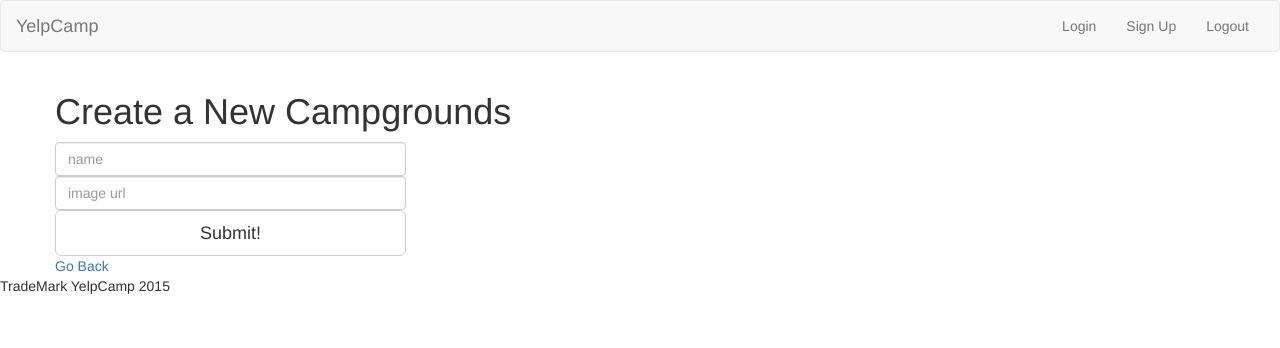
Repository: yyming009/YelpCamp
Page: http://localhost/campgrounds/new
The author's editor kept a record of every edit. The page is drawn from the files as they stood at one moment, then again after the next edit.
The browser window is 1280 px wide. The pictures show the whole page.
The page is served by the project's Node server (YelpCamp/v1/app.js).

Above is the page before.

### YelpCamp/v1/views/news.ejs
<% include partials/header %>

<div class="container">
    <div class="row">
        <h1>Create a New Campgrounds</h1>
        <div style="width: 30%; margin: 0, auto;">
            <form action="/campgrounds" method="POST">
                <input class="form-control" type="text" name="name" placeholder="name">
                <input class="form-control" type="text" name="image" placeholder="image url">
                <button class="btn btn-lg btn-default btn-block">Submit!</button>
            </form>
        </div>
        <a href="/campgrounds">Go Back</a>
    </div>
</div>

<% include partials/footer %>

### YelpCamp/v1/views/partials/header.ejs
<!DOCTYPE html>

<html>
    <head>
        <title>YelpCamp</title>
        <link rel="stylesheet" href="https://maxcdn.bootstrapcdn.com/bootstrap/3.3.7/css/bootstrap.min.css">
    </head>

   <body>

    <nav class="navbar navbar-default">
        <div class="container-fluid">
            <div class="navbar-header">
                <a class="navbar-brand" href="/">YelpCamp</a>
            </div>
            <div class="collapse navbar-collapse">
                <ul class="nav navbar-nav navbar-right">
                    <li><a href="/">Login</a></li>
                    <li><a href="/">Sign Up</a></li>
                    <li><a href="/">Logout</a></li>
                </ul>
            </div>
        </div>
    </nav>

### YelpCamp/v1/views/partials/footer.ejs
    <p>TradeMark YelpCamp 2015</p>
    </body>
</html>

### YelpCamp/v1/app.js
var express = require("express");
var app = express();
var bodyParser = require("body-parser");

app.use(bodyParser.urlencoded({extended:true}));
app.set("view engine", "ejs");

var campgrounds = [
        {name: "Salmon Greek", image: "https://farm2.staticflickr.com/1363/1342367857_2fd12531e7.jpg"},
        {name: "Granite Hill", image: "https://farm3.staticflickr.com/2464/3694344957_14180103ed.jpg"},
        {name: "Mountain Goat's Rest", image: "https://farm8.staticflickr.com/7252/7626464792_3e68c2a6a5.jpg"},
        {name: "Salmon Greek", image: "https://farm2.staticflickr.com/1363/1342367857_2fd12531e7.jpg"},
        {name: "Granite Hill", image: "https://farm3.staticflickr.com/2464/3694344957_14180103ed.jpg"},
        {name: "Mountain Goat's Rest", image: "https://farm8.staticflickr.com/7252/7626464792_3e68c2a6a5.jpg"},
        {name: "Salmon Greek", image: "https://farm2.staticflickr.com/1363/1342367857_2fd12531e7.jpg"},
        {name: "Granite Hill", image: "https://farm3.staticflickr.com/2464/3694344957_14180103ed.jpg"},
        {name: "Mountain Goat's Rest", image: "https://farm8.staticflickr.com/7252/7626464792_3e68c2a6a5.jpg"}
    ];

app.get("/", function(req, res){
    res.render("landing");
});

app.get("/campgrounds", function(req, res){
    res.render("campgrounds", {campgrounds:campgrounds});
});

app.post("/campgrounds", function(req, res){
    var name = req.body.name;
    var image = req.body.image;
    var newCampground = {name:name, image:image};
    campgrounds.push(newCampground);
    res.redirect("/campgrounds");
});

app.get("/campgrounds/new", function(req, res){
    res.render("news.ejs");
});

app.listen(process.env.PORT, process.env.IP, function(){
    console.log("the YelpCamp Server has Started!!");
});

After the next edit:
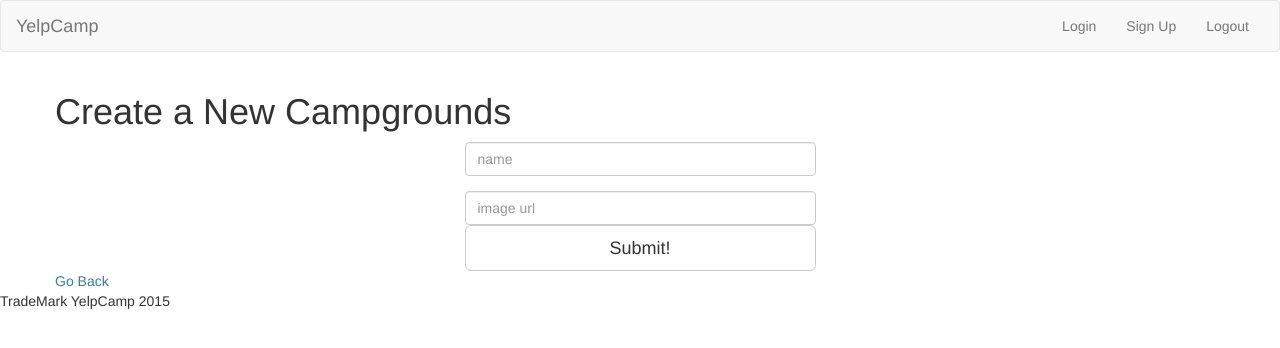
The edit:
--- a/YelpCamp/v1/views/news.ejs
+++ b/YelpCamp/v1/views/news.ejs
@@ -3,9 +3,14 @@
 <div class="container">
     <div class="row">
         <h1>Create a New Campgrounds</h1>
-        <div style="width: 30%; margin: 0, auto;">
+        <div style="width: 30%; margin: 0 auto;">
             <form action="/campgrounds" method="POST">
-                <input class="form-control" type="text" name="name" placeholder="name">
+                <div class="form-group">
+                    <input class="form-control" type="text" name="name" placeholder="name">
+                </div>
+                <div class="form-group"></div>
+                <div class="form-group"></div>
+
                 <input class="form-control" type="text" name="image" placeholder="image url">
                 <button class="btn btn-lg btn-default btn-block">Submit!</button>
             </form>
